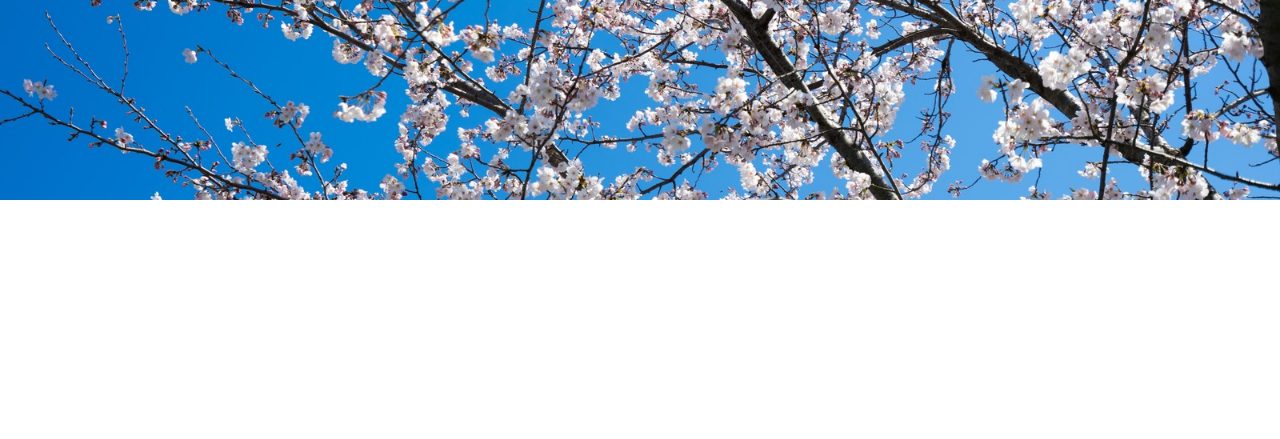
Repository: t-sato-infratop/environment
Page: chapter6_exercise/chapter6_exercise.html
The author's editor kept a record of every edit. The page is drawn from the files as they stood at one moment, then again after the next edit.
The browser window is 1280 px wide. The pictures show the whole page.

Above is the page before.

### chapter6_exercise/chapter6_exercise.html
<!DOCTYPE html>
<html lang="ja">
  <head>
    <meta charset="UTF-8" />
    <link rel="stylesheet" href="chapter6_exercise.css"/>
    <title>chapter6_exercise</title>
  </head>

  <body>
    <div class="box1"></div>
    <div class="box2"></div>
    <div class="box3"></div>
    <div class="box4"></div>
  </body>

### chapter6_exercise/chapter6_exercise.css
* {
  margin: 0;
  padding: 0;
  box-sizing: border-box;
  color: #6c6b6b;
}

.box1 {
width: 100%;
height: 200px;
background-image: url(img/box1.jpg);
background-size: cover;
background-position: center;
}

.box2 {

}

.box3 {

}

.box4 {

}

After the next edit:
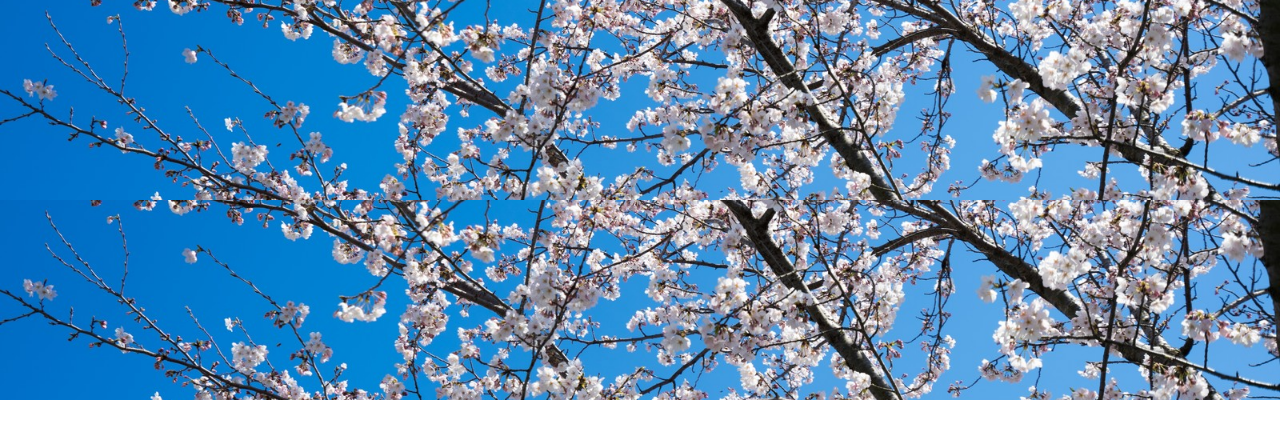
The edit:
--- a/chapter6_exercise/chapter6_exercise.css
+++ b/chapter6_exercise/chapter6_exercise.css
@@ -14,6 +14,11 @@
 }
 
 .box2 {
+width: 100%;
+height: 200px;
+background-image: url(img/box1.jpg);
+background-size: cover;
+background-position: center;
 
 }
 
